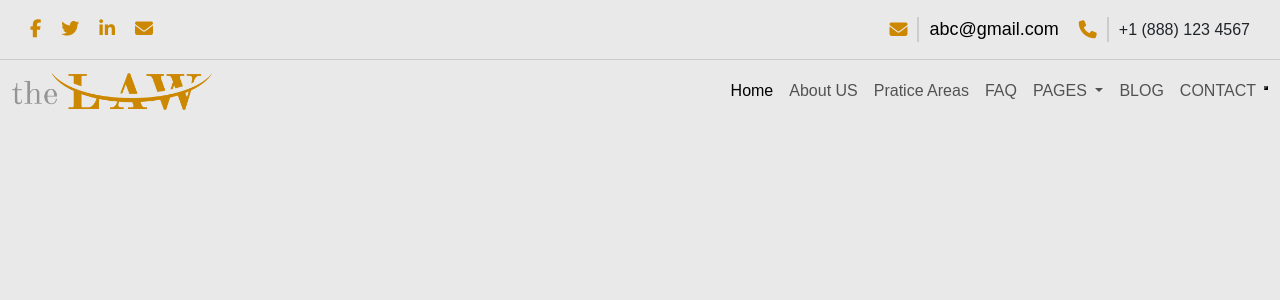
Repository: arehmanraza/lawyer_website
Page: Pages/index.html
These files come from the project's save history. The page is drawn as it stood at one moment and after the next save; the edit follows.
The browser window is 1280 px wide. The pictures show the whole page.
Some web libraries are served in a nearby version.

Above is the page before, as saved 2024-05-22 01:48:18.

After the next save:
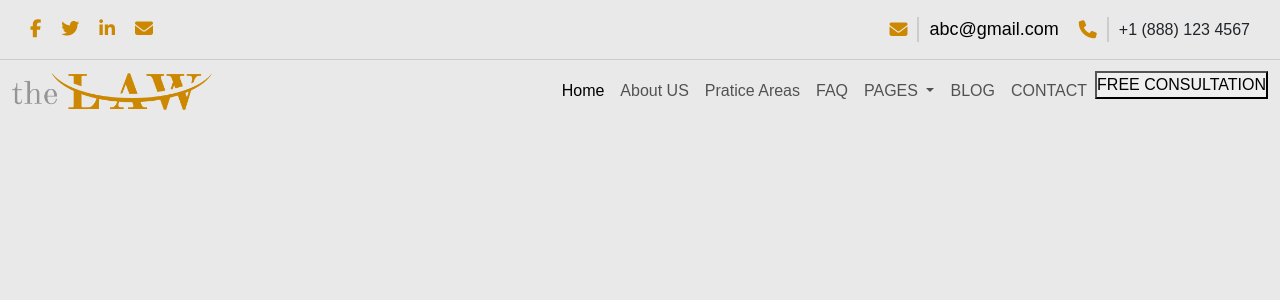
Saved 5 s later.
--- a/Pages/index.html
+++ b/Pages/index.html
@@ -115,7 +115,7 @@
                 <a class="nav-link" href="#">CONTACT</a>
               </li>
               <li class="nav-item">
-                <button></button>
+                <button>FREE CONSULTATION</button>
               </li>
             </ul>
 
